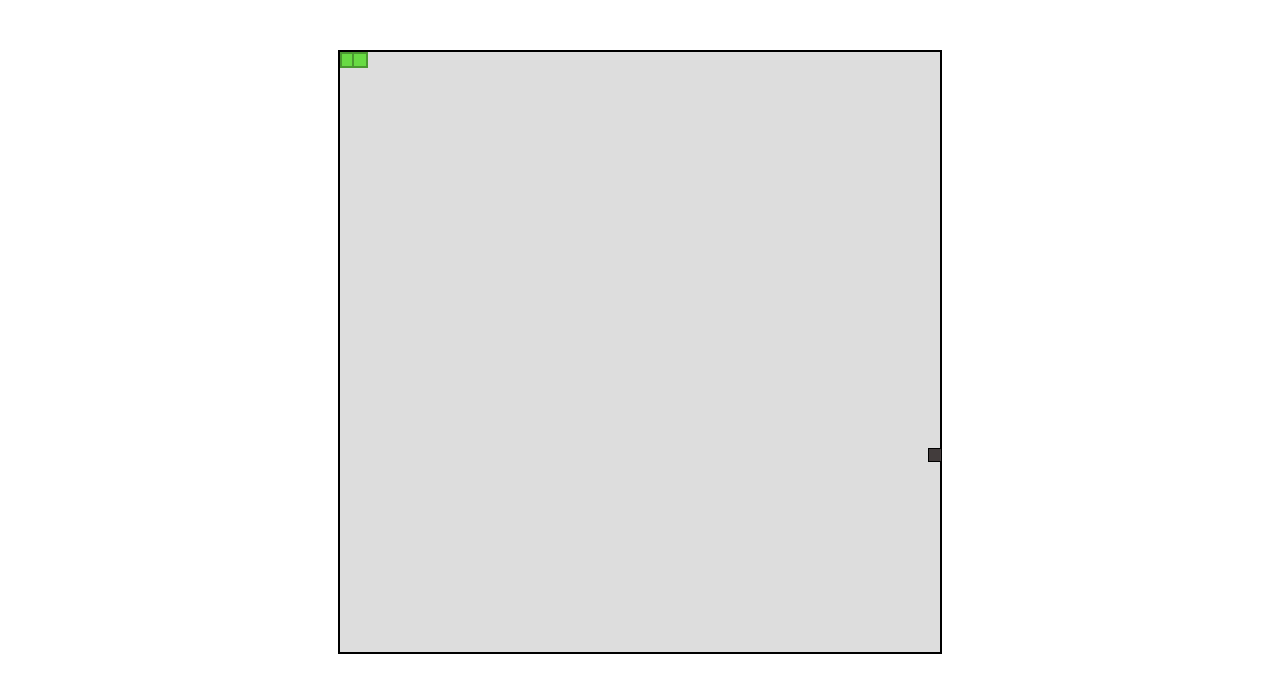
Repository: Krashgul/React_Snake_Game
Page: /
The author's editor kept a copy of each file at every save. The page is drawn from the files as they stood at one save, then again after the next save.
The browser window is 1280 px wide. The pictures show the whole page.
The project was rebuilt for these pictures with package versions that can differ from the ones it lists, and the page was loaded fresh each time.

Above is the page before, as saved 2021-02-24 04:17:35.

After the next save:
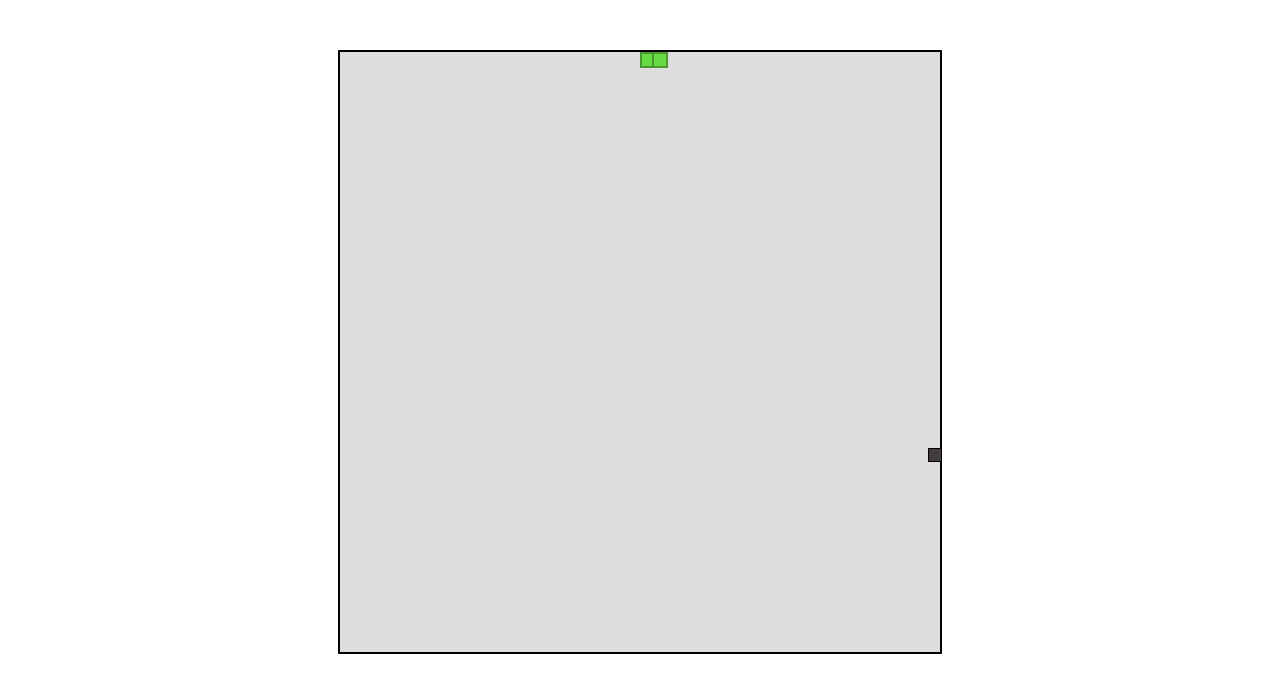
Saved 55 s later.
--- a/src/App.js
+++ b/src/App.js
@@ -13,14 +13,14 @@
 const initialState = {
   food: getRandomCoordinates(),
   speed: 200,
-  directtion: 'RIGHT',
+  direction: 'RIGHT',
   snakeDots: [
-    [0, 0],
-    [2, 0]
+    [0,0],
+    [2,0]
   ]
 }
 
-class App extends Component  {
+class App extends Component {
 
   state = initialState;
 
@@ -39,16 +39,16 @@
     e = e || window.event;
     switch (e.keyCode) {
       case 38:
-        this.setState({ direction: 'UP' });
+        this.setState({direction: 'UP'});
         break;
       case 40:
-        this.setState({ direction: 'DOWN' });
+        this.setState({direction: 'DOWN'});
         break;
       case 37:
-        this.setState({ direction: 'LEFT' });
+        this.setState({direction: 'LEFT'});
         break;
       case 39:
-        this.setState({ direction: 'RIGHT' });
+        this.setState({direction: 'RIGHT'});
         break;
     }
   }
@@ -68,7 +68,7 @@
         head = [head[0], head[1] + 2];
         break;
       case 'UP':
-        head = [head[0], head[1] -2];
+        head = [head[0], head[1] - 2];
         break;
     }
     dots.push(head);
@@ -76,7 +76,6 @@
     this.setState({
       snakeDots: dots
     })
-
   }
 
   checkIfOutOfBorders() {

After the save that followed:
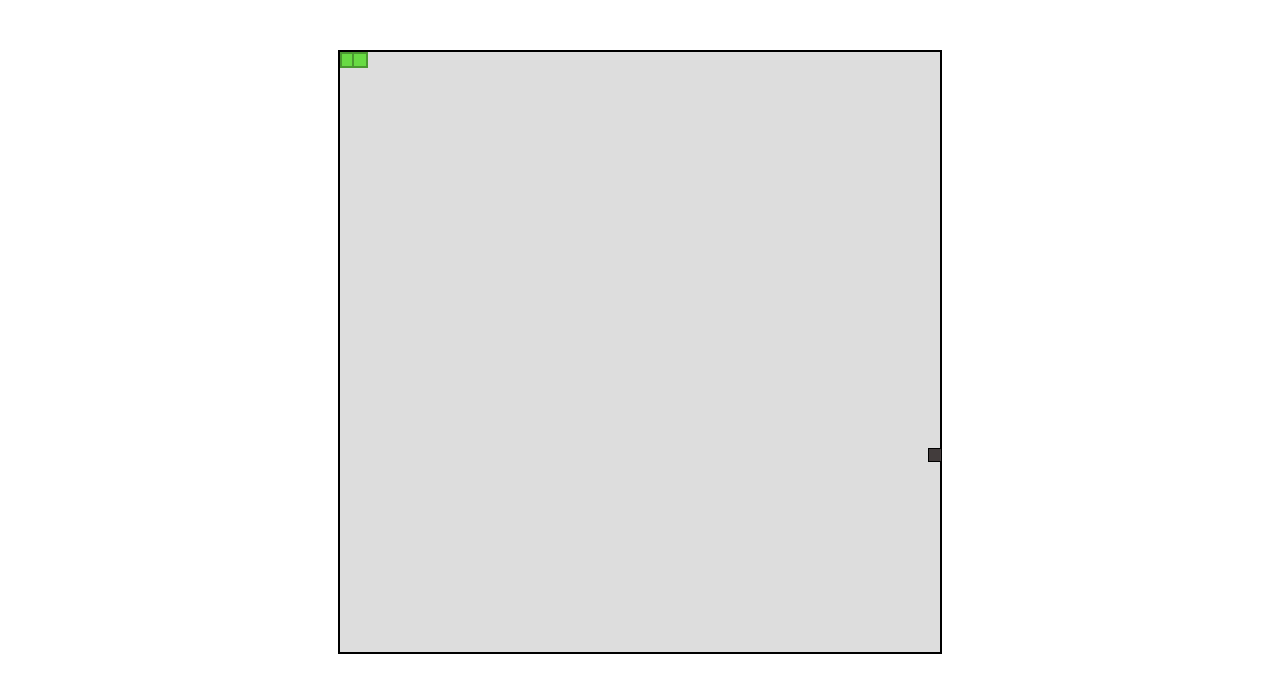
Saved 83 s later.
--- a/src/App.js
+++ b/src/App.js
@@ -13,14 +13,14 @@
 const initialState = {
   food: getRandomCoordinates(),
   speed: 200,
-  direction: 'RIGHT',
+  directtion: 'RIGHT',
   snakeDots: [
-    [0,0],
-    [2,0]
+    [0, 0],
+    [2, 0]
   ]
 }
 
-class App extends Component {
+class App extends Component  {
 
   state = initialState;
 
@@ -39,16 +39,16 @@
     e = e || window.event;
     switch (e.keyCode) {
       case 38:
-        this.setState({direction: 'UP'});
+        this.setState({ direction: 'UP' });
         break;
       case 40:
-        this.setState({direction: 'DOWN'});
+        this.setState({ direction: 'DOWN' });
         break;
       case 37:
-        this.setState({direction: 'LEFT'});
+        this.setState({ direction: 'LEFT' });
         break;
       case 39:
-        this.setState({direction: 'RIGHT'});
+        this.setState({ direction: 'RIGHT' });
         break;
     }
   }
@@ -68,7 +68,7 @@
         head = [head[0], head[1] + 2];
         break;
       case 'UP':
-        head = [head[0], head[1] - 2];
+        head = [head[0], head[1] -2];
         break;
     }
     dots.push(head);
@@ -76,6 +76,7 @@
     this.setState({
       snakeDots: dots
     })
+
   }
 
   checkIfOutOfBorders() {
